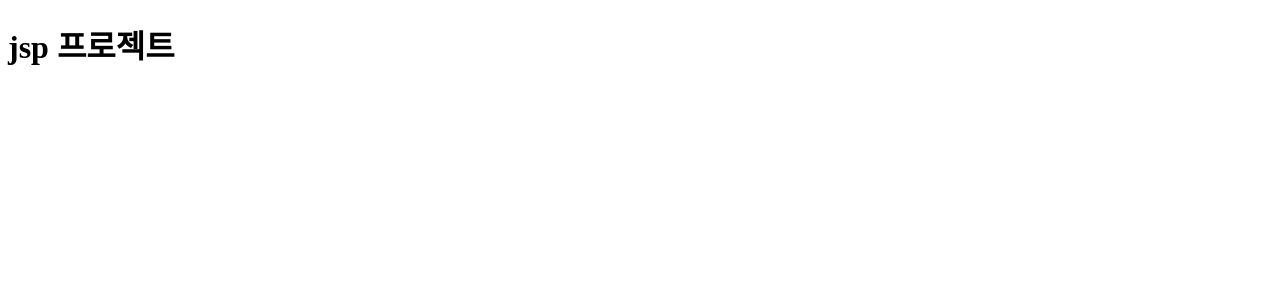
Repository: beescuit9510/toyProjects
Page: http://localhost/04_jspProject/
These files come from the project's save history. The page is drawn as it stood at one moment and after the next save; the edit follows.
The browser window is 1280 px wide. The pictures show the whole page.
The page is served by Tomcat 9.

Above is the page before, as saved 2021-09-30 02:55:43.

After the next save:
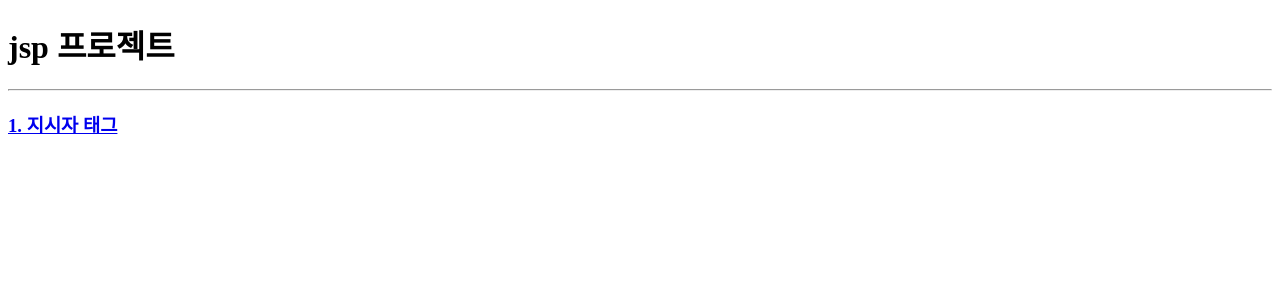
Saved 2 min 46 s later.
--- a/web-server-workplace/04_jspProject/src/main/webapp/index.jsp
+++ b/web-server-workplace/04_jspProject/src/main/webapp/index.jsp
@@ -8,5 +8,7 @@
 </head>
 <body>
 	<h1>jsp 프로젝트</h1>
+	<hr>
+	<h3><a href="/jsp/directiveTag.jsp">1. 지시자 태그</a></h3>
 </body>
 </html>
